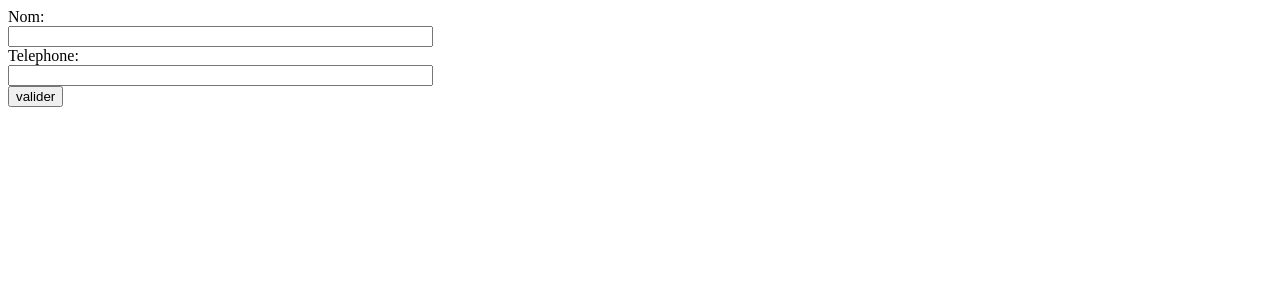
Repository: SenhajiMahmoud/testContact-Appartoo
Page: carnetAdresse/addContact.html
The author's editor kept a copy of each file at every save. The page is drawn from the files as they stood at one save, then again after the next save.
The browser window is 1280 px wide. The pictures show the whole page.

Above is the page before, as saved 2016-05-16 14:30:23.

### carnetAdresse/addContact.html
<!DOCTYPE html>
<html>
<body>

  <div >

    <form id="Inscr-form" action="addcontact.php" method="post">
        <div>


         <div>
            <div class="form-txt">Nom:</div>
	            <div class="padEsp">
		            <label class="name" >
		              <input id="name" class="input1" type="text" name="nom" size="50">
		            </label>
	            </div>
            <div class="clear"></div>
          </div>


          <div>
            <div class="form-txt">Telephone:</div>
             <div class="padEsp">
	            <label class="phone">
	              <input id="tel" class="input1" type="tel" name="tel" size="50">


	             </label>
             </div>
          </div>

        <div>
        	<input value="valider" type="submit" id="envoyer">
        </div>

    </form>
  </div>

</section>

</body>
</html>

After the next save:
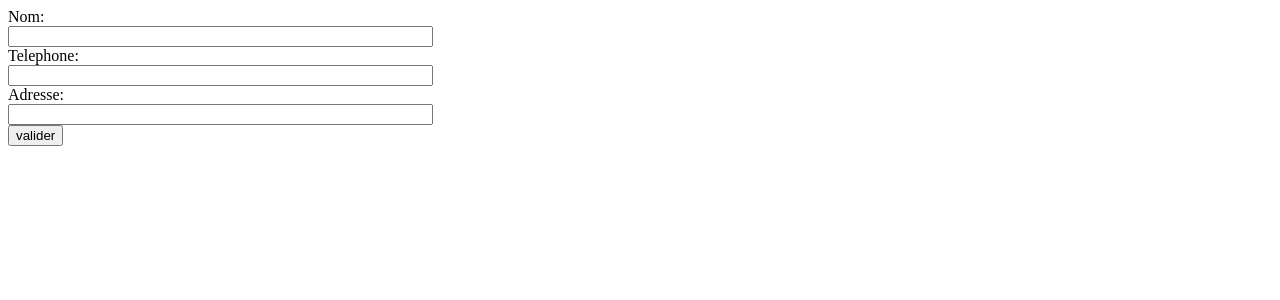
Saved 26 s later.
--- a/carnetAdresse/addContact.html
+++ b/carnetAdresse/addContact.html
@@ -19,16 +19,19 @@
           </div>
 
 
-          <div>
             <div class="form-txt">Telephone:</div>
              <div class="padEsp">
 	            <label class="phone">
 	              <input id="tel" class="input1" type="tel" name="tel" size="50">
-
-
 	             </label>
              </div>
-          </div>
+
+          	 <div class="form-txt">Adresse:</div>
+             <div class="padEsp">
+	            <label class="phone">
+	              <input id="tel" class="input1" type="tel" name="tel" size="50">
+	             </label>
+             </div>
 
         <div>
         	<input value="valider" type="submit" id="envoyer">
